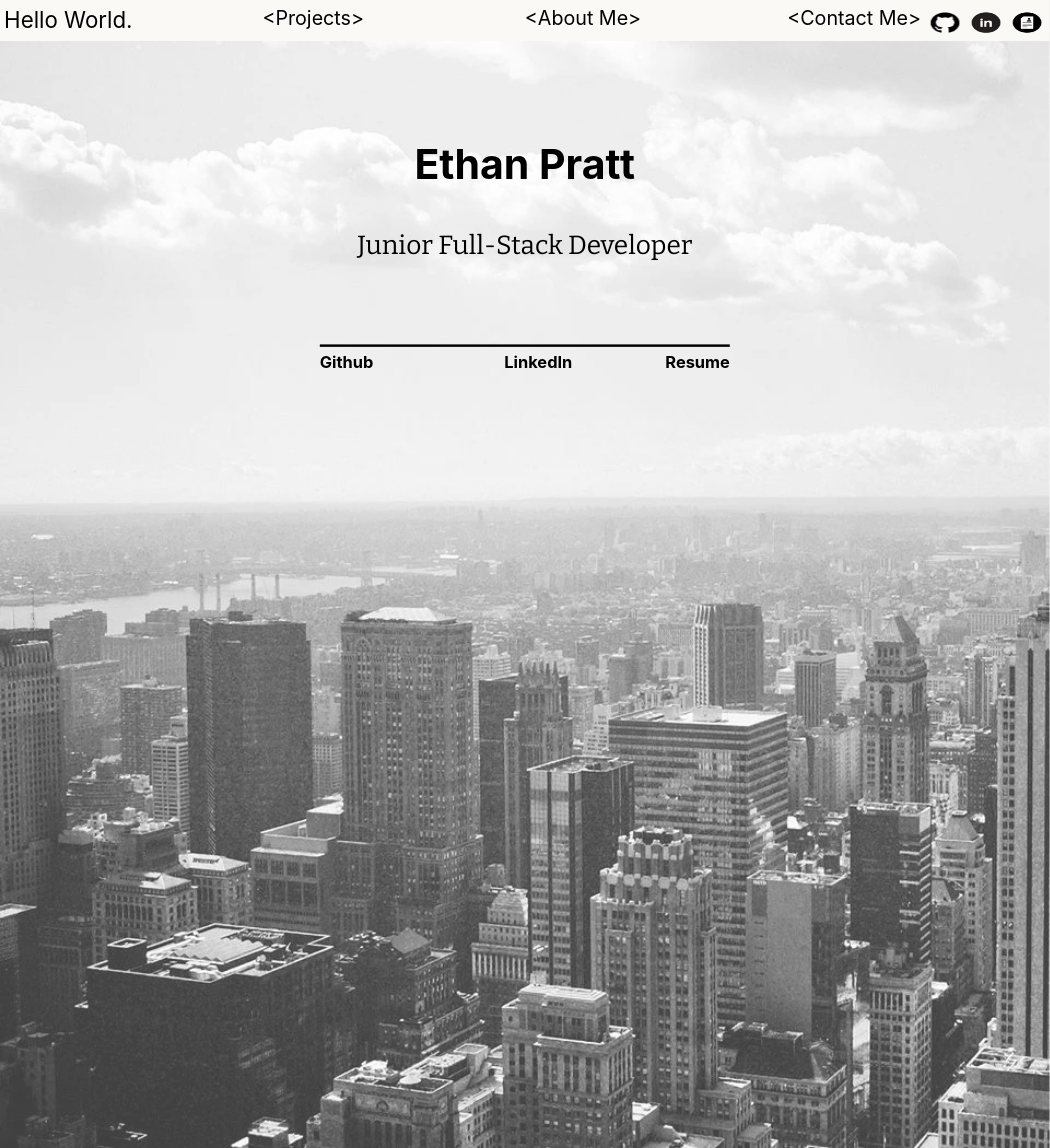
Repository: ghend99/website_ethan_pratt
Page: /
These files come from the project's save history. The page is drawn as it stood at one moment and after the next save; the edit follows.
The browser window is 1280 px wide. The pictures show the whole page, at 82% of full size.
The project was rebuilt for these pictures with package versions that can differ from the ones it lists, and the page was loaded fresh each time. Also part of the build but not shown: src/pages/about.js, src/pages/project.js, src/css/contact.css, src/pages/contact.js.

Above is the page before, as saved 2023-05-30 11:04:26.

### public/index.html
<!DOCTYPE html>
<html lang="en">
  <head>
    <meta charset="utf-8" />
    <link rel="icon" href="%PUBLIC_URL%/favicon.ico" />
    <meta name="viewport" content="width=device-width, initial-scale=1" />
    <meta name="theme-color" content="#000000" />
    <meta
      name="description"
      content="Web site created using create-react-app"
    />
    <link rel="apple-touch-icon" href="%PUBLIC_URL%/logo192.png" />
    <!--
      manifest.json provides metadata used when your web app is installed on a
      user's mobile device or desktop. See https://developers.google.com/web/fundamentals/web-app-manifest/
    -->
    <link rel="manifest" href="%PUBLIC_URL%/manifest.json" />
    <!--
      Notice the use of %PUBLIC_URL% in the tags above.
      It will be replaced with the URL of the `public` folder during the build.
      Only files inside the `public` folder can be referenced from the HTML.

      Unlike "/favicon.ico" or "favicon.ico", "%PUBLIC_URL%/favicon.ico" will
      work correctly both with client-side routing and a non-root public URL.
      Learn how to configure a non-root public URL by running `npm run build`.
    -->
    <title>Ethan Pratt | Junior Front-End Developer</title>
  </head>
  <body>
    <noscript>You need to enable JavaScript to run this app.</noscript>
    <div id="root"></div>
    <!--
      This HTML file is a template.
      If you open it directly in the browser, you will see an empty page.

      You can add webfonts, meta tags, or analytics to this file.
      The build step will place the bundled scripts into the <body> tag.

      To begin the development, run `npm start` or `yarn start`.
      To create a production bundle, use `npm run build` or `yarn build`.
    -->
  </body>
</html>

### src/App.js
import { BrowserRouter as Router, Routes, Route } from "react-router-dom";
import { Home } from "./pages/home";
import { About } from "./pages/about.js";
import { Project } from "./pages/project.js";
import { Contact } from "./pages/contact.js";

function App() {
  return (
    <div className="App">
      <Router>
        <Routes>
          <Route path="/" element={<Home />} />
          <Route path="/projects" element={<Project />} />
          <Route path="/about" element={<About />} />
          <Route path="/contact" element={<Contact />} />
        </Routes>
      </Router>
    </div>
  );
}

export default App;

### src/pages/home.js
import { Header } from "../components/header.js";

import "../css/home.css";

export const Home = () => {
  return (
    <div>
      <div className="bg">
        <Header />
        <div id="center-container">
          <p className="home-name">Ethan Pratt</p>
          <p className="home-job-title">Junior Full-Stack Developer</p>

          <div id="home-socials-container">
            <a
              id="home-socials"
              className="home-github"
              href="https://github.com/ghend99"
              target={"_blank"}
            >
              <p>Github</p>
            </a>

            <a
              id="home-socials"
              className="home-linkedin"
              href="https://www.linkedin.com/in/ethan-pratt-014904217/"
              target={"_blank"}
            >
              <p>LinkedIn</p>
            </a>
            <a
              id="home-socials"
              className="home-resume"
              href="https://acrobat.adobe.com/link/review?uri=urn:aaid:scds:US:d93e7d11-55fc-32a3-ba0c-10f2114d1d69"
              target="{_blank}"
            >
              <p>Resume</p>
            </a>
          </div>
        </div>
      </div>
    </div>
  );
};

### src/components/header.js
import React, { useState } from "react";
import { Link } from "react-router-dom";
import "../css/header.css";
import github from "../images/github.png";
import linkedin from "../images/linkedin.png";
import resume from "../images/resume.png";
import menu from "../images/menu.png";

export const Header = () => {
  return (
    <div className="header-container">
      <div>
        <Link className="header-title" to="/">
          Hello World.
        </Link>
      </div>
      <div>
        <Link id="header-nav" className="header-projects" to="/projects">
          &lt;Projects&gt;
        </Link>
      </div>
      <div>
        <Link id="header-nav" className="header-about" to="/about">
          &lt;About Me&gt;
        </Link>
      </div>
      <div>
        <Link id="header-nav" className="header-contact" to="/contact">
          &lt;Contact Me&gt;
        </Link>
      </div>

      <a href="https://github.com/ghend99" target={"_blank"}>
        <img id="header-socials" className="header-github" src={github} />
      </a>
      <a href="https://www.linkedin.com/in/ethanapratt/" target={"_blank"}>
        <img id="header-socials" className="header-linkedin" src={linkedin} />
      </a>
      <a
        href="https://acrobat.adobe.com/link/review?uri=urn:aaid:scds:US:d93e7d11-55fc-32a3-ba0c-10f2114d1d69"
        target={"_blank"}
      >
        <img id="header-socials" className="header-resume" src={resume} />
      </a>

      <div className="header-socials-list">
        <a href="https://github.com/ghend99" target={"_blank"}>
          <p className="header-socials-text">Github</p>
        </a>
        <a href="https://www.linkedin.com/in/ethanapratt/" target={"_blank"}>
          <p className="header-socials-text">LinkedIn</p>
        </a>
        <a
          href="https://acrobat.adobe.com/link/review?uri=urn:aaid:scds:US:d93e7d11-55fc-32a3-ba0c-10f2114d1d69"
          target={"_blank"}
        >
          <p className="header-socials-text">Resume</p>
        </a>
      </div>
    </div>
  );
};

### src/css/home.css
@import url("https://fonts.googleapis.com/css2?family=Bitter&display=swap");

#center-container {
  position: relative;
  max-width: 25%;
  min-width: 500px;
  height: 20%;
  border-bottom: solid;
  /* background-color: aqua; */
  margin-left: auto;
  margin-right: auto;
  top: 10%;
  text-align: center;
  padding: 70px 0;
}

.home-name {
  top: 0;
  font-size: 50px;
  font-weight: bold;
}

.home-job-title {
  font-size: 32px;
  font-family: "Bitter";
}

.home-resume,
.home-github,
.home-linkedin {
  position: absolute;
  bottom: -50px;
  text-decoration: none;
  color: black;
  font-size: 20px;
  font-weight: bold;
  height: 50px;
  padding-bottom: 10px;
}

.home-resume:hover,
.home-github:hover,
.home-linkedin:hover {
  border-bottom: solid;
}

.home-github {
  left: 0;
}

.home-linkedin {
  left: 45%;
}

.home-resume {
  right: 0;
}

@media screen and (min-width: 0) and (max-width: 708px) {
  #center-container {
    min-width: 300px;
  }

  .home-linkedin {
    left: 110px;
  }
}

@media screen and (min-width: 0) and (max-width: 322px) {
  #center-container {
    min-width: 300px;
  }
}

### src/css/about.css
.about-container {
  position: relative;
  display: grid;
  grid-template-columns: 1fr;
  grid-template-rows: 1fr 1fr;
  max-width: 100%;
  min-width: 300px;
  max-height: 100%;
  min-height: 550px;
  /* background-color: lightyellow; */
}

.info-container {
  position: relative;
  max-width: 100%;
  min-width: fit-content;
  max-height: 100%;
  min-height: 200px;
  top: 50px;
  margin-right: 20px;
  /* background-color: lightgreen; */
}

.about-header {
  position: absolute;
  /* display: inline-block; */
  left: 13%;
  margin: 0;
  font-size: 60px;
}

.about-paragraph {
  position: absolute;
  top: 100px;
  left: 15%;
  max-width: 100%;
  min-width: 500px;
  margin: 0;
  font-size: 24px;
  line-height: 40px;
}

#technology-container {
  position: relative;
  max-width: 70%;
  min-width: 40%;
  height: fit-content;
  left: 15%;
  margin: 0;
  /* background-color: lightblue; */
}

.technology-header {
  position: absolute;
  margin: 0;
  font-size: clamp(2rem, 1vw, 4rem);
}

#stack-icon {
  position: absolute;
  top: 55px;
  width: 5%;
}

.stack-html {
  left: 0;
}

.stack-css {
  left: 15%;
}

.stack-javascript {
  left: 30%;
}

.stack-react {
  left: 45%;
}

@media screen and (min-width: 0) and (max-width: 1740px) {
  #technology-container {
    top: 80px;
  }
}

@media screen and (min-width: 0) and (max-width: 1730px) {
  #technology-container {
    top: 50px;
  }
}

@media screen and (min-width: 0) and (max-width: 1570px) {
  #technology-container {
    top: 80px;
  }
}

@media screen and (min-width: 0) and (max-width: 1468px) {
  #technology-container {
    top: 130px;
  }

  .bg {
    min-height: 1170px;
  }
}

@media screen and (min-width: 0) and (max-width: 1226px) {
  #technology-container {
    top: 180px;
  }
}

@media screen and (min-width: 0) and (max-width: 936px) {
  #technology-container {
    top: 220px;
  }
}

@media screen and (min-width: 0) and (max-width: 848px) {
  #technology-container {
    top: 260px;
  }
}

@media screen and (min-width: 0) and (max-width: 768px) {
  #technology-container {
    top: 300px;
  }
}

@media screen and (min-width: 0) and (max-width: 708px) {
  .about-header {
    position: absolute;
    font-size: 24px;
    top: 20px;
    left: 30px;
  }

  .about-paragraph {
    font-size: 14px;
    line-height: 25px;
    left: 30px;
    min-width: 100px;
    top: 60px;
  }

  #technology-container {
    top: -10px;
    left: 30px;
  }

  .technology-header {
    font-size: 24px;
  }

  #stack-icon {
    width: 10%;
  }
}

@media screen and (min-width: 0) and (max-width: 639px) {
  #technology-container {
    top: 20px;
  }
}

@media screen and (min-width: 0) and (max-width: 576px) {
  #technology-container {
    top: 40px;
  }
}

@media screen and (min-width: 0) and (max-width: 513px) {
  #technology-container {
    top: 80px;
  }
}

@media screen and (min-width: 0) and (max-width: 422px) {
  #technology-container {
    top: 140px;
  }
}

@media screen and (min-width: 0) and (max-width: 360px) {
  #technology-container {
    top: 180px;
  }
}

@media screen and (min-width: 0) and (max-width: 320px) {
  .about-header {
    left: 10px;
  }

  .about-paragraph {
    left: 10px;
  }

  #technology-container {
    top: 190px;
    left: 30px;
  }
}

### src/css/header.css
@import url("https://fonts.googleapis.com/css2?family=Bitter&display=swap");

.header-socials-text {
  color: black;
  text-decoration: none;
  border-bottom: none;
}

.header-container {
  position: relative;
  display: grid;
  grid-template-columns: 1fr 1fr 1fr 1fr;
  grid-template-rows: 1fr;
  flex-direction: row;
  max-width: 100%;
  min-width: 390px;
  max-height: 200px;
  min-height: 50px;
  background-color: #faf9f6;
  /* padding-top: 20px; */
}

.header-title {
  position: absolute;
  left: 5px;
  margin: 0;
  margin-right: clamp(20px, 50px, 30px);
  font-size: clamp(1rem, 4vw, 1.7rem);
  top: 8px;
  text-decoration: none;
  color: black;
}

#header-nav {
  position: absolute;
  display: flex;
  font-size: clamp(1rem, 4vw, 1.5rem);
  margin: 0;
  /* margin-right: clamp(20px, 50px, 30px); */
  top: 8px;
}

.header-projects {
  /* left: clamp(30%, 46.5%, 60%); */
  text-decoration: none;
  color: black;
}

.header-about {
  margin: 0;
  /* margin-left: 50px;
  margin-right: 100px;
  left: clamp(5px, 24%, 55%); */
  text-decoration: none;
  color: black;
}

.header-contact {
  /* left: clamp(20%, 65%, 70%); */
  text-decoration: none;
  color: black;
}

#header-socials {
  max-width: 11%;
  min-width: 35px;
  max-height: 50%;
  min-height: 10px;
  top: 15px;
  cursor: pointer;
}

#header-nav:hover {
  border-bottom: solid;
}

.header-github {
  position: absolute;
  right: clamp(10px, 12%, 110px);
}

.header-linkedin {
  position: absolute;
  right: clamp(5px, 10%, 60px);
}

.header-resume {
  position: absolute;
  right: clamp(10px, 10%, 10px);
}

.bg {
  position: relative;
  max-width: 100%;
  min-width: 350px;
  /* max-height: 700px; */

  background-size: cover;
  background-repeat: no-repeat;
  background-position: center center;
}

.bg::before {
  content: "";
  background-image: url(../images/background-image.jpg);
  background-size: cover;
  position: absolute;
  top: 0px;
  right: 0px;
  bottom: 0px;
  left: 0px;
  height: 1400px;
  opacity: 0.75;
}

.header-socials-list {
  position: absolute;
  right: 10px;
  top: 50px;
  font-size: 12px;
  font-weight: bold;
  font-family: "Bitter";
  color: black;
  opacity: 0;
  transition: all 0.2s;
}

/* @media screen and (min-width: 0) and (max-width: 1442px) {
  .bg::before {
    height: 1500px;
  }
} */

@media screen and (min-width: 0) and (max-width: 1028px) {
  #header-socials {
    display: none;
  }

  .header-socials-list {
    display: none;
  }
}

@media screen and (min-width: 0) and (max-width: 712px) {
  .bg::before {
    min-height: 1030px;
  }
}

@media screen and (min-width: 0) and (max-width: 612px) {
  #header-nav {
    top: 13px;
    font-size: 22px;
  }

  .header-socials-menu {
    top: 15px;
    right: 10px;
    width: 20px;
    height: 20px;
  }
}

@media screen and (min-width: 0) and (max-width: 554px) {
  #header-nav {
    font-size: 20px;
  }

  .header-title {
    top: 15px;
    font-size: 16px;
  }
}

@media screen and (min-width: 0) and (max-width: 427px) {
  .header-container {
    min-width: 150px;
  }

  #header-nav {
    font-size: 16px;
    top: 16px;
  }

  .bg::before {
    min-width: 200px;
  }
}

@media screen and (min-width: 0) and (max-width: 380px) {
  #header-nav {
    font-size: 14px;
    column-gap: 50px;
  }
}

@media screen and (min-width: 0) and (max-width: 322px) {
  .header-title {
    font-size: 14px;
    margin-right: 60px;
  }

  #header-nav {
    min-width: 100px;
    font-size: 12px;
  }

  .header-about {
    left: 85px;
  }

  .header-projects {
    left: 160px;
  }

  .header-contact {
    position: absolute;
    left: 220px;
  }

  .bg {
    min-height: 709px;
  }
}

### src/css/project.css
@import url("https://fonts.googleapis.com/css2?family=Bitter&display=swap");

#projects-container {
  position: absolute;
  display: grid;
  grid-template-columns: 1fr 1fr 1fr 1fr;
  grid-template-rows: 3fr 3fr;
  max-width: 80%;
  min-width: 70%;
  max-height: 400vh;
  min-height: 150px;
  /* background-color: blue; */
  /* opacity: 0.7; */
  left: 10%;
  top: 100px;
}

#single-project {
  position: relative;
  max-width: 100%;
  max-height: 600px;
  min-height: 100%;
  border: solid;
  text-align: center;
  background-color: #faf9f6;
}

.project-name {
  font-family: "Bitter";
  font-size: clamp(18px, 24px, 30px);
}

#project-image {
  position: relative;
  max-width: 80%;
  max-height: 75%;
  min-height: 20%;
  top: -10px;
  margin-left: auto;
  margin-right: auto;
}

.image {
  width: 70%;
}

#project-stacks-used {
  margin: 0;
  top: 300px;
}

.project-footer {
  position: absolute;
  display: grid;
  grid-template-columns: 1fr 1fr 1fr;
  text-align: center;
  width: 100%;
  height: 6%;
  bottom: 10px;
}

.source-link,
.source-demo,
.project-info {
  position: absolute;
  text-decoration: none;
  color: black;
  font-size: clamp(0.8rem, 0.5vw, 0.8rem);
  font-weight: bold;
  height: 20px;
  cursor: pointer;
}

.source-link {
  left: 5px;
}

.source-demo {
  right: 5px;
}

#project-information {
  font-size: 14px;
}

.source-link:hover,
.source-demo:hover,
.project-info:hover {
  border-bottom: solid;
}

@media screen and (min-width: 0) and (max-width: 1028px) {
  /* #project-container {
    grid-template-columns: 1fr 1fr 1fr;
  } */

  /* #single-project {
    height: 50%;
  } */

  .project-footer {
    grid-template-rows: 0.5fr;
    bottom: 0;
  }

  .source-link,
  .source-demo,
  .project-info {
    font-size: 10px;
    font-weight: bold;
  }

  .source-link {
    margin: 0;
  }

  .source-demo {
    margin: 0;
    right: 7px;
  }

  .project-info {
    margin: 0;
    top: -4px;
  }
}

@media screen and (min-width: 0) and (max-width: 708px) {
  #projects-container {
    grid-template-columns: 1fr 1fr;
    grid-template-rows: 1fr 1fr;
  }

  .project-footer {
    bottom: 0;
  }

  .source-link,
  .source-demo,
  .project-info {
    font-size: 8px;
  }

  #single-project {
    min-height: 300px;
  }

  #project-information {
    font-size: 12px;
  }
}

Loaded but not shown: src/index.js (common file); src/index.css (common file)

After the next save:
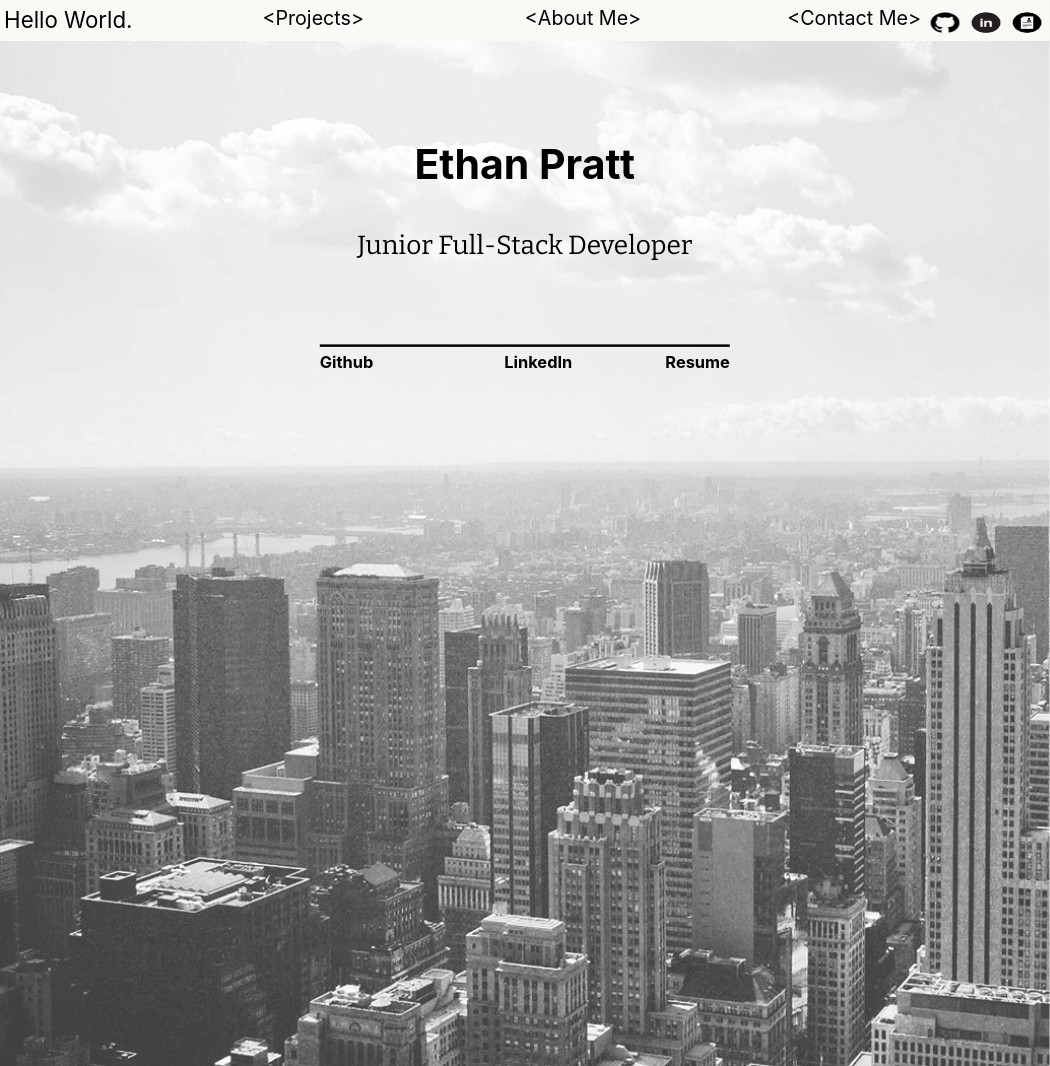
Saved 11 min 4 s later.
--- a/src/css/header.css
+++ b/src/css/header.css
@@ -109,7 +109,7 @@
   right: 0px;
   bottom: 0px;
   left: 0px;
-  height: 1400px;
+  min-height: 1300px;
   opacity: 0.75;
 }
 
